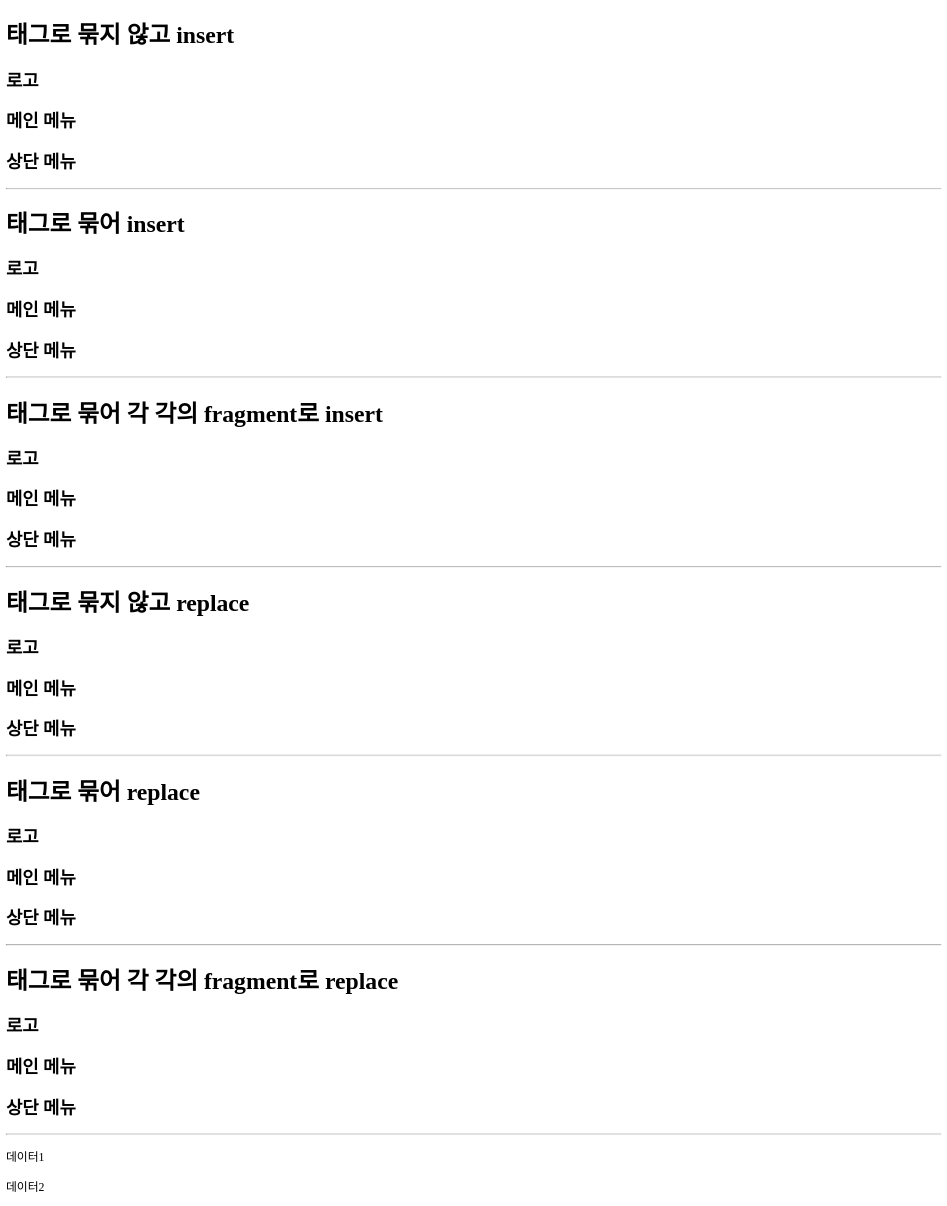
Repository: okgunyang/pro05ForMyBatis
Page: http://localhost/test9
An editor plug-in stored every save of this project. The page is shown before and after the next save, followed by the edit.
The browser window is 1280 px wide. The pictures show the whole page, at 74% of full size.
The page is this project's Thymeleaf template; nobody is signed in. The template is opened directly, without the code that normally fills it, so the values that code supplies are empty.

Above is the page before, as saved 2022-12-07 03:24:51.

### myapp/src/main/resources/templates/test9.html
<!DOCTYPE html>
<html lang="ko" xmlns="http://www.w3.org/1999/xhtml"
 xmlns:th="http://www.thymeleaf.org"
 xmlns:layout="http://www.ultraq.net.nz/thymeleaf/layout">
<head>
    <meta charset="UTF-8">
    <meta http-equiv="X-UA-Compatible" content="IE=edge">
    <meta name="viewport" content="width=device-width, initial-scale=1.0">
    <title>thymeleaf 테스트9</title>
</head>
<body>
    <h1>태그로 묶지 않고 insert</h1>
	<th:block th:insert="test_hd"></th:block>

	<h1>태그로 묶어 insert</h1>
	<header th:insert="test_hd" id="hd"></header>

	<h1>태그로 묶어 각 각의 fragment로 insert</h1>
	<header id="hd2">
		<th:block th:insert="test_hd :: logo"></th:block>
		<th:block th:insert="test_hd :: gnb"></th:block>
		<th:block th:insert="test_hd :: tnb"></th:block>
	</header>
	<hr>

    <h1>태그로 묶지 않고 replace</h1>
	<th:block th:replace="test_hd"></th:block>

	<h1>태그로 묶어 replace</h1>
	<header th:replace="test_hd" id="hd3"></header>

	<h1>태그로 묶어 각 각의 fragment로 replace</h1>
	<header id="hd4">
		<th:block th:replace="test_hd :: logo"></th:block>
		<th:block th:replace="test_hd :: gnb"></th:block>
		<th:block th:replace="test_hd :: tnb"></th:block>
	</header>
	<hr>
	<header id="hd5">
		<div th:replace="test_hd :: dataParam('데이터1', '데이터2')"></div>
	</header>
</body>
</html>

### myapp/src/main/resources/templates/test_hd.html
<!DOCTYPE html>
<html xmlns:th="http://www.thymeleaf.org"
 xmlns:layout="http://www.ultraq.net.nz/thymeleaf/layout">
<div th:fragment="logo" id="logo">
	<h2>로고</h2>
</div>
<nav th:fragment="gnb" id="gnb">
	<h2>메인 메뉴</h2>
</nav>
<nav th:fragment="tnb" id="tnb">
	<h2>상단 메뉴</h2>
</nav>
<div th:fragment="dataParam(param1, param2)">
	<p th:text="${param1}"></p>
	<p th:text="${param2}"></p>
</div>
<hr>

After the next save:
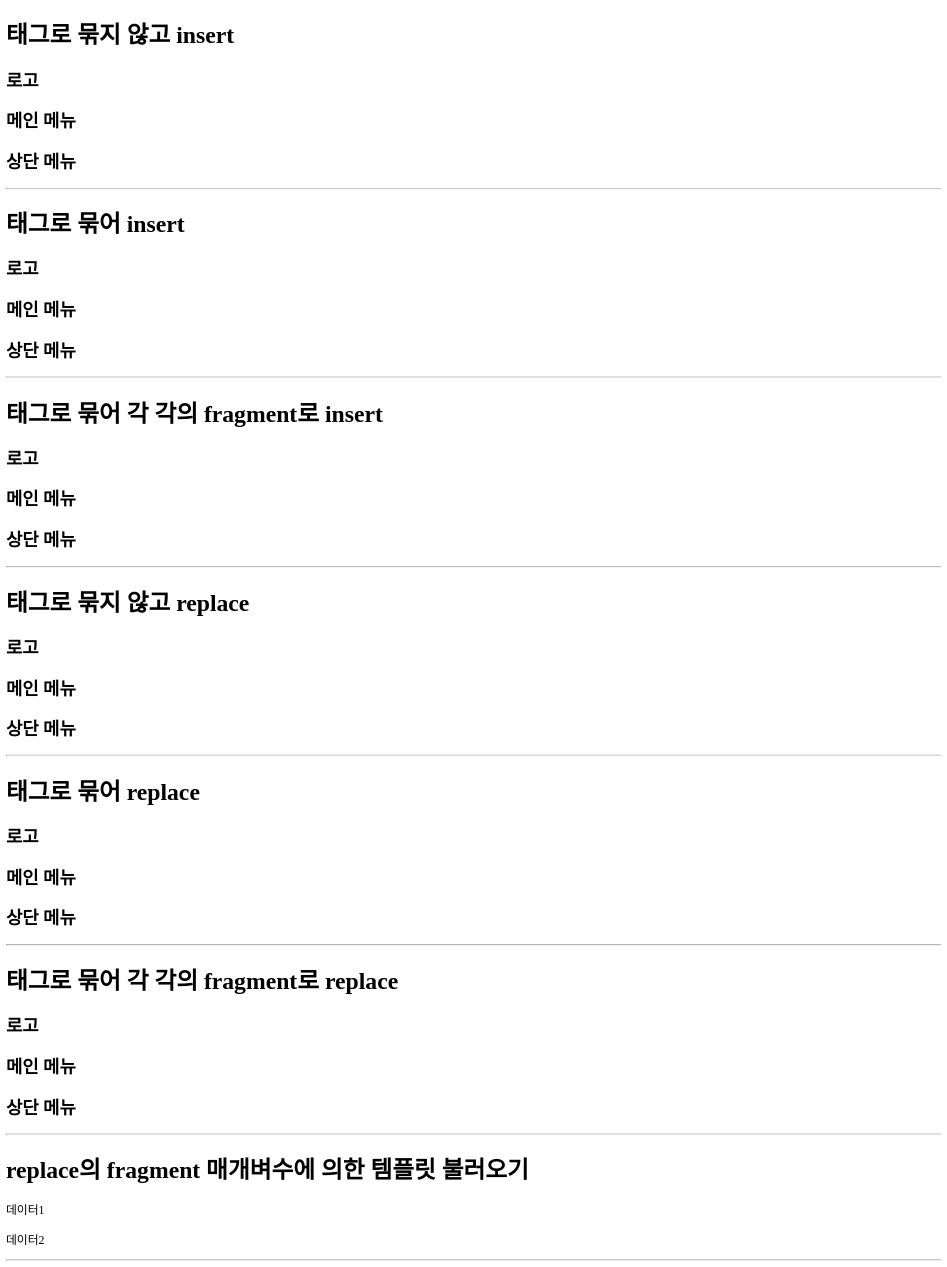
Saved 65 s later.
--- a/myapp/src/main/resources/templates/test9.html
+++ b/myapp/src/main/resources/templates/test9.html
@@ -36,8 +36,11 @@
 		<th:block th:replace="test_hd :: tnb"></th:block>
 	</header>
 	<hr>
+
+	<h1>replace의 fragment 매개벼수에 의한 템플릿 불러오기</h1>
 	<header id="hd5">
 		<div th:replace="test_hd :: dataParam('데이터1', '데이터2')"></div>
 	</header>
+	<hr>
 </body>
 </html>
